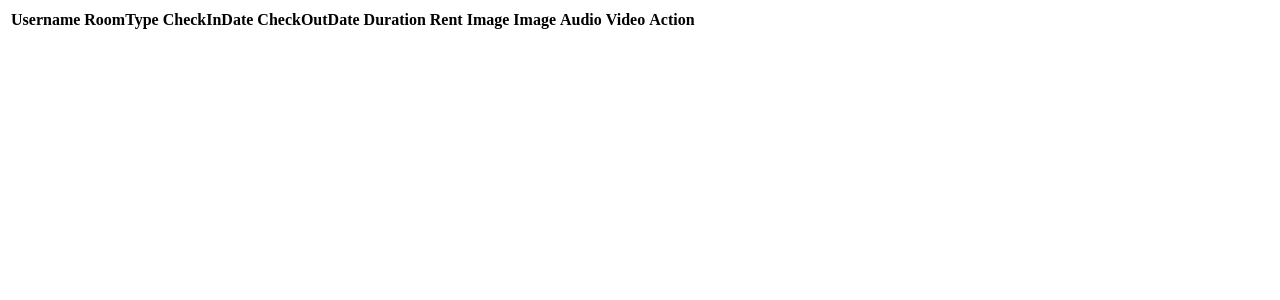
Repository: sivaprasadpk/adavpro
Page: http://localhost/LoginProjecct/BookDetails.jsp
These files come from the project's save history. The page is drawn as it stood at one moment and after the next save; the edit follows.
The browser window is 1280 px wide. The pictures show the whole page.
The page is served by Tomcat 9. Other server files are loaded and not shown.

Above is the page before, as saved 2024-03-18 05:09:01.

### LoginProjecct/src/main/webapp/BookDetails.jsp
<%@ page language="java" contentType="text/html; charset=ISO-8859-1"
    pageEncoding="ISO-8859-1"%>
    <%@page import="com.sathya.servlet.BookDetailsDao"%>
    <%@page import="java.util.Base64"%>
    <%@taglib uri="http://java.sun.com/jsp/jstl/core" prefix="c"%>
<!DOCTYPE html>
<html>
<head>
<meta charset="ISO-8859-1">
<title>Insert title here</title>
</head>
<body>
<table class="table table-bordered table-striped">
		<thead class="thead-dark">
			<tr>
				<th>Username</th>
				<th>RoomType</th>
				<th>CheckInDate</th>
				<th>CheckOutDate</th>
				<th>Duration</th>
				<th>Rent</th>
				<th>Image</th>
				<th>Image</th>
				<th>Audio</th>
				<th>Video</th>
				<th>Action</th>
			</tr>
		</thead>
		</table>
</body>
</html>

After the next save:
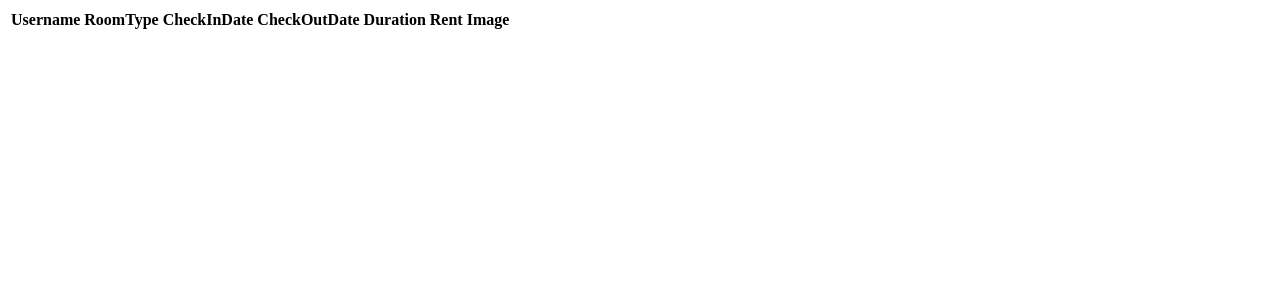
Saved 9 s later.
--- a/LoginProjecct/src/main/webapp/BookDetails.jsp
+++ b/LoginProjecct/src/main/webapp/BookDetails.jsp
@@ -20,10 +20,6 @@
 				<th>Duration</th>
 				<th>Rent</th>
 				<th>Image</th>
-				<th>Image</th>
-				<th>Audio</th>
-				<th>Video</th>
-				<th>Action</th>
 			</tr>
 		</thead>
 		</table>
